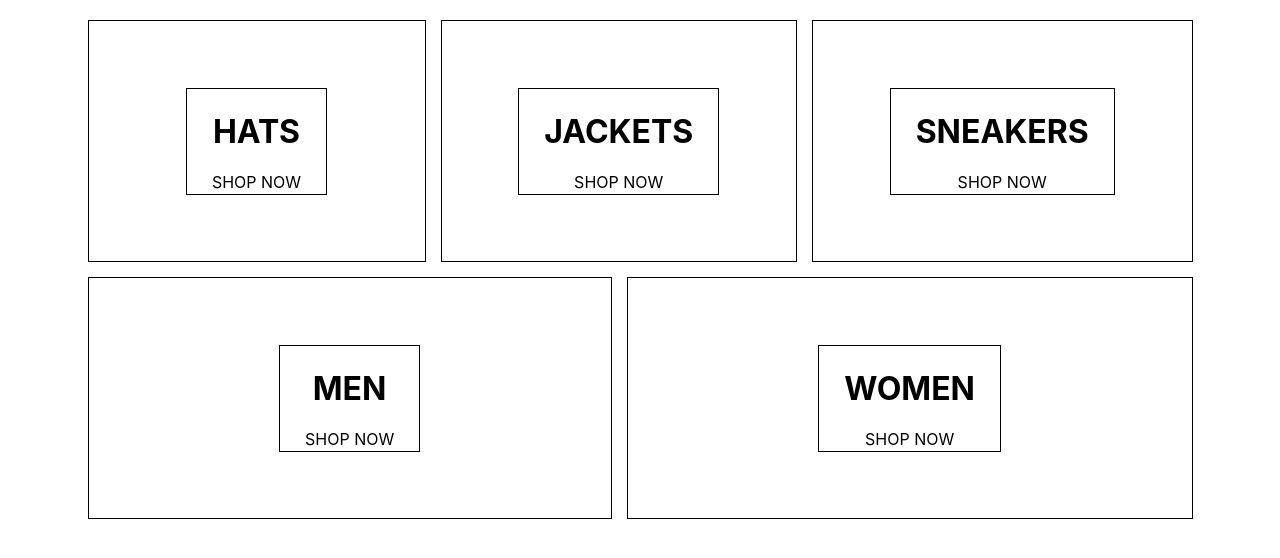
Repository: nepfri/crwn-clothing
Page: /
The author's editor kept a copy of each file at every save. The page is drawn from the files as they stood at one save, then again after the next save.
The browser window is 1280 px wide. The pictures show the whole page.
The project was rebuilt for these pictures with package versions that can differ from the ones it lists, and the page was loaded fresh each time. Also part of the build but not shown: src/App.css.

Above is the page before, as saved 2021-10-13 14:04:11.

After the next save:
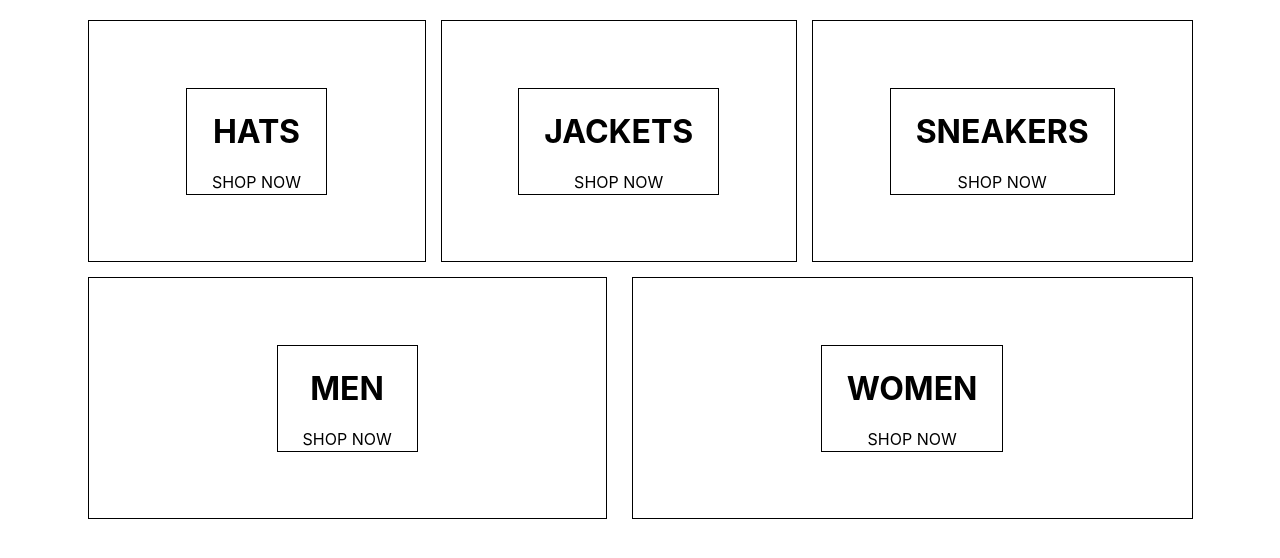
Saved 13 s later.
--- a/src/homepage.styles.scss
+++ b/src/homepage.styles.scss
@@ -27,7 +27,7 @@
   }
 
   &:last-child {
-    margin-left: 7.5px;
+    margin-left: 17.5px;
   }
 
   .content {

After the save that followed:
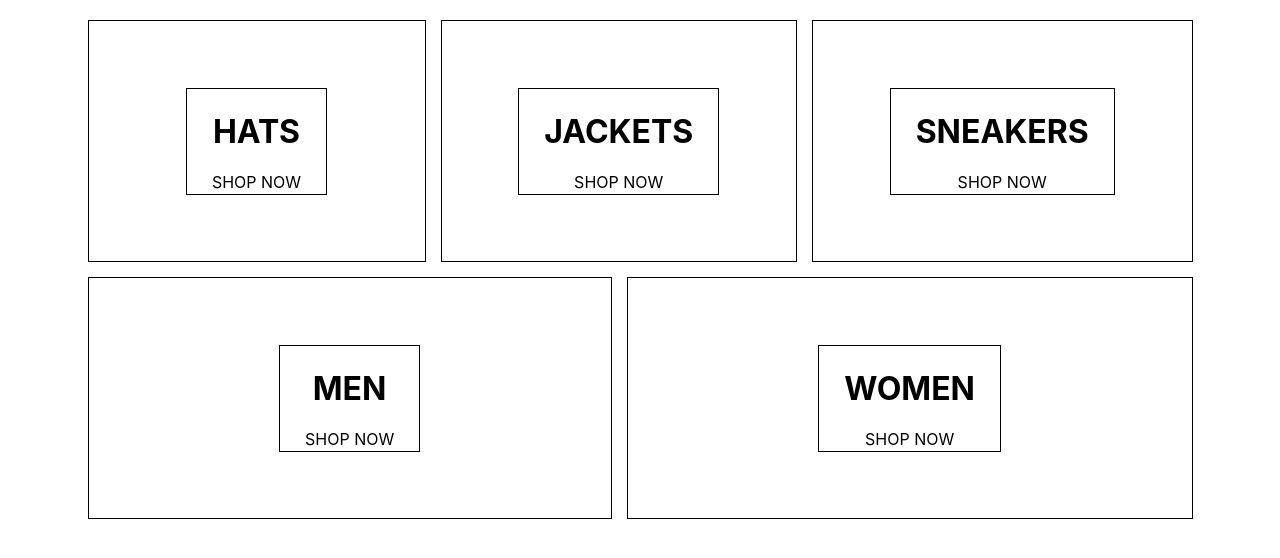
Saved 7 s later.
--- a/src/homepage.styles.scss
+++ b/src/homepage.styles.scss
@@ -27,7 +27,7 @@
   }
 
   &:last-child {
-    margin-left: 17.5px;
+    margin-left: 7.5px;
   }
 
   .content {
